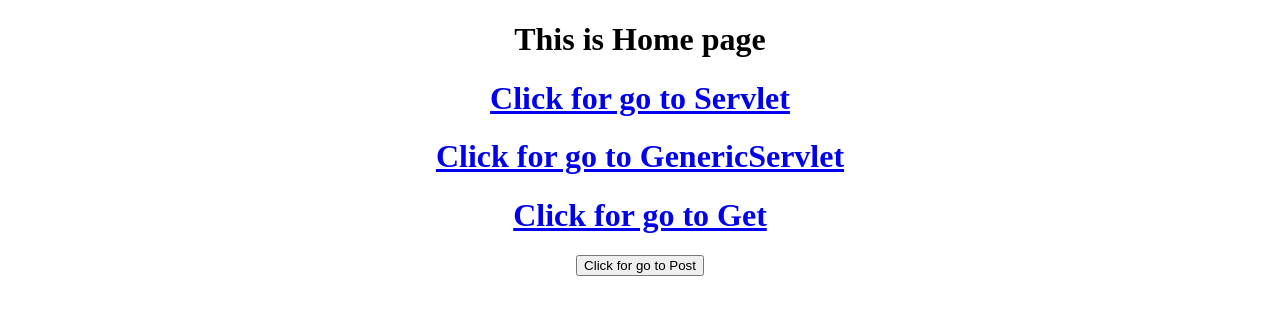
Repository: Hashim-Ansari-82/Servlet-And-JSP
Page: 2nd-Servlet-Demo/src/main/webapp/index.html
The author's editor kept a copy of each file at every save. The page is drawn from the files as they stood at one save, then again after the next save.
The browser window is 1280 px wide. The pictures show the whole page.

Above is the page before, as saved 2026-06-03 18:41:50.

### 2nd-Servlet-Demo/src/main/webapp/index.html
<!DOCTYPE html>
<html>
<head>
<meta charset="UTF-8">
<title>Insert title here</title>
</head>
<body>
<div style="text-align:center">
<h1>This is Home page</h1>
<h1>
<a href="first">Click for go to Servlet</a>
</h1>
<h1>
<a href="second">Click for go to GenericServlet</a>
</h1>
<h1>
<a href="third">Click for go to Get</a>
</h1>
<form action="third" method="post">
<button type="submit">Click for go to Post</button>
</form>
</div>
</body>
</html>

After the next save:
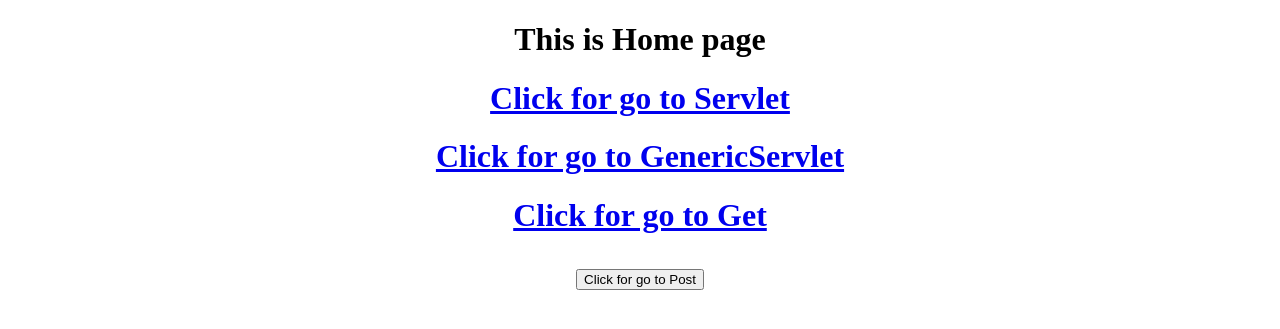
Saved 40 s later.
--- a/2nd-Servlet-Demo/src/main/webapp/index.html
+++ b/2nd-Servlet-Demo/src/main/webapp/index.html
@@ -16,9 +16,11 @@
 <h1>
 <a href="third">Click for go to Get</a>
 </h1>
+<h1>
 <form action="third" method="post">
 <button type="submit">Click for go to Post</button>
 </form>
+</h1>
 </div>
 </body>
 </html>
